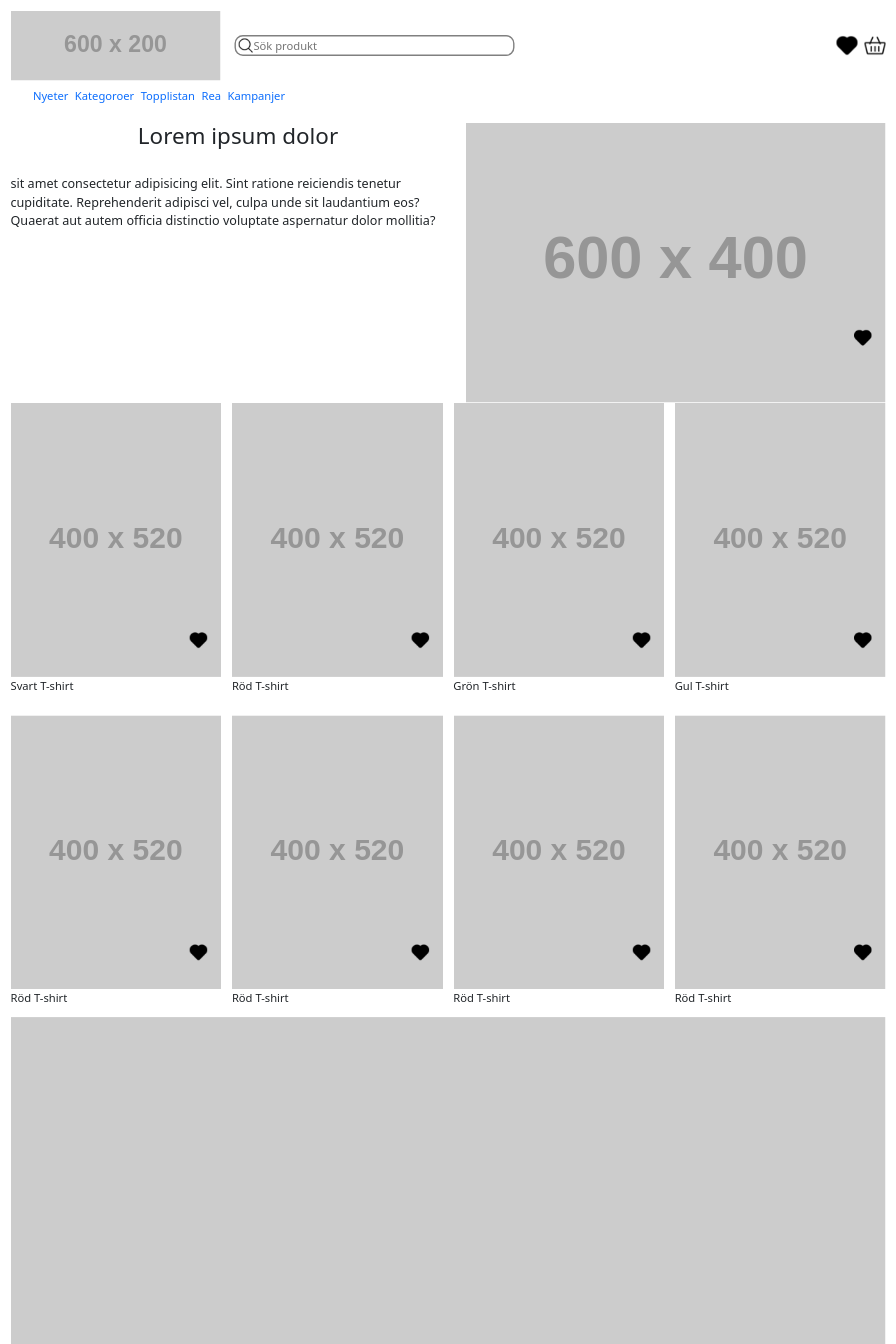
Repository: Kalle1995/project
Page: index.html
An editor plug-in stored every save of this project. The page is shown before and after the next save, followed by the edit.
The browser window is 1280 px wide. The pictures show the part of the page from y = 0 to 1920 px (the page is 3385 px tall), at 70% of full size.

Above is the page before, as saved 2024-10-06 19:38:57.

### index.html
<!DOCTYPE html>
<html lang="sv">

<head>
  <meta charset="UTF-8" />
  <meta name="viewport" content="width=device-width, initial-scale=1.0" />
  <title>Freaky Fashion</title>

  <link rel="stylesheet" href="main.css" />
  <link href="https://cdn.jsdelivr.net/npm/bootstrap@5.0.2/dist/css/bootstrap.min.css" rel="stylesheet" integrity="sha384-EVSTQN3/azprG1Anm3QDgpJLIm9Nao0Yz1ztcQTwFspd3yD65VohhpuuCOmLASjC" crossorigin="anonymous">
  <script src="https://cdn.jsdelivr.net/npm/bootstrap@5.0.2/dist/js/bootstrap.bundle.min.js" integrity="sha384-MrcW6ZMFYlzcLA8Nl+NtUVF0sA7MsXsP1UyJoMp4YLEuNSfAP+JcXn/tWtIaxVXM" crossorigin="anonymous"></script>
</head>

<body>
  <header>
    <section>
      <div class="wholeHead">
        <img src="https://placehold.co/600x200 " alt="icon" class="icon" />

        <div class="searchAndIcons">
          <input type="search" placeholder="Sök produkt" class="search">
          <div class="headIcons">
            <a href="#"><img src="bilder/full heart.png" alt="favourite"></a>
            <a href="#"><img src="bilder/cart.png" alt="cart"></a>
          </div>
        </div>
      </div>

      <!-- jag behöver fixa att man kan sriva och iconen förvinner -->
      <!-- om, jag har div för input typ så den ta hela raden -->

      <div>
        <nav class="NavList">
          <ul>
            <li class="nav-list-item"><a href="#">Nyeter</a></li>
            <li class="nav-list-item hide-on-mobile ejnav"><a href="#">Kategoroer</a></li>
            <li class="nav-list-item"><a href="#">Topplistan</a></li>
            <li class="nav-list-item"><a href="#">Rea</a></li>
            <li class="nav-list-item"><a href="#">Kampanjer</a></li>
          </ul>
        </nav>
      </div>

      <!-- <dl> och <dt> använda man i detta falet  -->

    </section>
  </header>

  <main>
    <section class="mid">
      <article>
        <fieldset class="head">
          <img class="head-image" src="https://placehold.co/600x400" alt="" class="loremPic">
          <div>
            <h2 class="head-title">Lorem ipsum dolor</h2>
            <p class="head-text">
              <br>sit amet consectetur adipisicing elit. Sint ratione reiciendis tenetur cupiditate. Reprehenderit
              adipisci
              vel, culpa unde sit laudantium eos? Quaerat aut autem officia distinctio voluptate aspernatur dolor
              mollitia?
            </p>
          </div>
        </fieldset><img class="product-icon" src="bilder/full heart.png" alt="">
      </article>
    </section>
    <section class="products">
      <!-- grid container -->
      <div class="product">
        <img class="product-icon" src="bilder/full heart.png" alt="">
        <img class="product-pic" src="https://placehold.co/400x520/png?text=Black+T-shirt" alt="Svart T-shirt" />
        <p>Svart T-shirt</p>
      </div>

      <div class="product">
        <img class="product-icon" src="bilder/full heart.png" alt="">
        <img class="product-pic" src="https://placehold.co/400x520/png?text=Red+T-shirt" alt="" />
        <p>Röd T-shirt</p>
      </div>

      <div class="product">
        <img class="product-icon" src="bilder/full heart.png" alt="">
        <img class="product-pic" src="https://placehold.co/400x520/png?text=Green+T-shirt" alt="" />
        <p>Grön T-shirt</p>
      </div>

      <div class="product">
        <img class="product-icon" src="bilder/full heart.png" alt="">
        <img class="product-pic" src="https://placehold.co/400x520/png?text=Gul+T-shirt" alt="" />
        <p>Gul T-shirt</p>

      </div>

      <div class="product">
        <img class="product-icon" src="bilder/full heart.png" alt="">
        <img class="product-pic" src="https://placehold.co/400x520/png?text=Red+T-shirt" alt="">
        <p>Röd T-shirt</p>
      </div>

      <div class="product">
        <img class="product-icon" src="bilder/full heart.png" alt="">
        <img class="product-pic" src="https://placehold.co/400x520/png?text=Red+T-shirt" alt="">
        <p>Röd T-shirt</p>
      </div>

      <div class="product">
        <img class="product-icon" src="bilder/full heart.png" alt="">
        <img class="product-pic" src="https://placehold.co/400x520/png?text=Red+T-shirt" alt="">
        <p>Röd T-shirt</p>
      </div>

      <div class="product">
        <img class="product-icon" src="bilder/full heart.png" alt="">
        <img class="product-pic" src="https://placehold.co/400x520/png?text=Red+T-shirt" alt="">
        <p>Röd T-shirt</p>
      </div>
    </section>

    <div id="carouselExampleControls" class="carousel slide" data-ride="carousel">
      <div class="carousel-inner">
        <div class="carousel-item active">
          <img class="d-block w-100" src="https://placehold.co/400x520/png?text=Red+T-shirt" alt="First slide">
        </div>
        <div class="carousel-item">
          <img class="d-block w-100" src="https://placehold.co/400x520/png?text=Red+T-shirt" alt="Second slide">
        </div>
        <div class="carousel-item">
          <img class="d-block w-100" src="https://placehold.co/400x520/png?text=Red+T-shirt" alt="Third slide">
        </div>
      </div>
      <a class="carousel-control-prev" href="#carouselExampleControls" role="button" data-slide="prev">
        <span class="carousel-control-prev-icon" aria-hidden="true"></span>
        <span class="sr-only">Previous</span>
      </a>
      <a class="carousel-control-next" href="#carouselExampleControls" role="button" data-slide="next">
        <span class="carousel-control-next-icon" aria-hidden="true"></span>
        <span class="sr-only">Next</span>
      </a>
    </div>
  </main>

  <br>

  <footer class="normal-footer">
    <div class="list-container">
        <div class="list">
            <h3>Shopping</h3>
            <li>
                <ul><a href="#">Vinterjackor</a></ul>
                <ul><a href="#">Pufferjackor</a></ul>
                <ul><a href="#">Kappa</a></ul>
                <ul><a href="#">Trenchcoats</a></ul>
            </li>
        </div>

        <div class="list">
            <h3>Mina Sidor</h3>
            <li>
                <ul><a href="#">Mina Ordrar</a></ul>
                <ul><a href="#">Mitt Konto</a></ul>
            </li>
        </div>

        <div class="list">
            <h3>Kundtjänst</h3>
            <li>
                <ul><a href="#">Returnpoulcy</a></ul>
                <ul><a href="#">Integritetspolicy</a></ul>
            </li>
        </div>
    </div>

    <div class="Company">&copy; Freaky Fashion</div>
</footer>

  <footer class="small-footer">
    <div class="accordion accordion-flush" id="accordionFlushExample">
      <div class="accordion-item">
        <h2 class="accordion-header" id="flush-headingOne">
          <button class="accordion-button collapsed" type="button" data-bs-toggle="collapse" data-bs-target="#flush-collapseOne" aria-expanded="false" aria-controls="flush-collapseOne">
            Accordion Item #1
          </button>
        </h2>
        <div id="flush-collapseOne" class="accordion-collapse collapse" aria-labelledby="flush-headingOne" data-bs-parent="#accordionFlushExample">
          <div class="accordion-body">Placeholder content for this accordion, which is intended to demonstrate the <code>.accordion-flush</code> class. This is the first item's accordion body.</div>
        </div>
      </div>
      <div class="accordion-item">
        <h2 class="accordion-header" id="flush-headingTwo">
          <button class="accordion-button collapsed" type="button" data-bs-toggle="collapse" data-bs-target="#flush-collapseTwo" aria-expanded="false" aria-controls="flush-collapseTwo">
            Accordion Item #2
          </button>
        </h2>
        <div id="flush-collapseTwo" class="accordion-collapse collapse" aria-labelledby="flush-headingTwo" data-bs-parent="#accordionFlushExample">
          <div class="accordion-body">Placeholder content for this accordion, which is intended to demonstrate the <code>.accordion-flush</code> class. This is the second item's accordion body. Let's imagine this being filled with some actual content.</div>
        </div>
      </div>
      <div class="accordion-item">
        <h2 class="accordion-header" id="flush-headingThree">
          <button class="accordion-button collapsed" type="button" data-bs-toggle="collapse" data-bs-target="#flush-collapseThree" aria-expanded="false" aria-controls="flush-collapseThree">
            Accordion Item #3
          </button>
        </h2>
        <div id="flush-collapseThree" class="accordion-collapse collapse" aria-labelledby="flush-headingThree" data-bs-parent="#accordionFlushExample">
          <div class="accordion-body">Placeholder content for this accordion, which is intended to demonstrate the <code>.accordion-flush</code> class. This is the third item's accordion body. Nothing more exciting happening here in terms of content, but just filling up the space to make it look, at least at first glance, a bit more representative of how this would look in a real-world application.</div>
        </div>
      </div>
    </div>
  </footer>
</body>

</html>

### main.css
body {
    padding: 15px;
    font-size: 2em;
    display: grid;

}


.head-title {
    text-align: center;
}

.products {
    display: grid;
    gap: 15px;
}

ul {
    list-style-type: none;
    margin: 0;
    padding: 0;

}

.search {
    border: 2px solid gray;
    border-radius: 12px;
    padding: 5px;
    display: inline;
    background-image: url(bilder/search.png);
    background-repeat: no-repeat;
    background-position: 4px;
    padding-left: 25px;

}

.NavList {
    padding-bottom: 10px;
    padding-top: 10px;

}

.hide-on-mobile {
    display: none;
}

.nav-list-item {
    a {
        text-decoration: none;
    }
}

.product {
    position: relative;
}

.product-icon {
    right: 20px;
    bottom: 80px;
    position: absolute;
}

.product-pic {
    width: 100%;
    height: auto;
}

.head {
    display: flex;
    flex-direction: column;
}

.head-image {
    width: 100%;
}

.wholeHead {
    display: flex;
    flex-direction: row;
}

.searchAndIcons {
    width: 100%;
    display: flex;
    flex-direction: row;
    margin: auto 0 auto 20px;
}

.search {
    height: 30px;
    width: 100%;
    max-width: 400px;
    margin-right: 10px;
}

.headIcons {
    display: flex;
    gap: 10px;
    margin-right: 0;
    margin-left: auto;

    img {
        height: 30px;
    }
}

.icon {
    width: 300px;
}

.small-footer {
    display: none;
}


@media (max-width: 640px) {
    .mid {
        position: relative;
        display: block;
        font-size: medium;
    }

    li {
        margin-bottom: 3px;
    }

    .icon {
        width: 100%;
    }

    .wholeHead {
        flex-direction: column;
    }

    .search {
        height: 35px;
        width: 100%;
        max-width: 400px;
    }

    .headIcons {
        img {
            height: 35px;
        }
    }

    .searchAndIcons {
        margin-top: 10px;
        margin-left: 0;
    }

    .small-footer {
        display: block;
    }

    .normal-footer {
        display: none;
    }
}

@media (min-width: 640px) {
    .products {
        grid-template-columns: repeat(2, 1fr);
    }

    .mid {
        position: relative;
        display: block;
        font-size: large;
    }

    li {
        display: inline;
        margin-right: 5px;
    }
}

body {
    font-size: 1.5em;
}

@media (min-width: 1024px) {
    .products {
        grid-template-columns: repeat(4, 1fr);
    }

    body {
        font-size: 1em;
    }

    .listan {
        display: flex;
    }

    li {
        display: inline;
        margin-right: 5px;
    }

    .hide-on-mobile {
        display: inline-block;
    }

    .head {
        flex-direction: row-reverse;
    }
}





/*
    @media (max-width:1024px) {
        .ejnav {
            display: none;
        }

      }
*/



/*
      @media print {
        body {
            font-size: 4em;
        }
        img {
            display: none;
        }
      }
*/



/*
här för Nyproduckt sidan
*/


header>h3 {
    position: absolute;
    left: 10px;
    bottom: auto;
}

.vänster {
    display: grid;
    grid-template-rows: 100%;
    background-color: gray;
}


.liggTill {
    hero-text button: hover
}


/*
kassa sidan
*/

.kassa {
    text-align: center;

}






.buy>button {
    display: grid;
    align-items: center;
    width: 80px;
    height: 30px;
    background-color: rgb(255, 255, 255);
    margin-left: 50%;
    font-weight: bold;
    border-radius: 10px;

}



.custom.btn-success {
    color: red;
}

.no-space {
    margin: 0;
    padding: 0;
    border: none;
    border-top: 1px solid black;
    /* Valfri färg eller stil på linjen */
}


.normal-footer {
    padding: 15px;
    background-color: rgb(207, 206, 206)
}

.list-container {
    display: inline-flex;
    justify-content: space-between;
    /* Ser till att listorna sprids ut jämnt */
    gap: 150px;
    /* Mellanrum mellan listorna */
}

.list {
    flex: 1;
    /* Gör att listorna tar upp lika mycket plats */
    padding-left: 15px;
}

.list h3 {
    margin-bottom: 20px;
}

.list li {
    list-style-type: none;
    /* ingen punkter i listan */
    padding: 0;
}

.list li ul {
    margin-bottom: 10px;
}




/*
Administration
*/

.AD {
    width: 115%;
    padding-left: 15px;
    margin-left: -25px;
    margin-top: -25px;
    float: left;
    font-style: normal;
    background-color: rgb(0, 0, 0);
    position: relative;
    display: flex;
    color: white;
}

.PR {
    background-color: rgb(209, 209, 208);
    height: auto;
    margin-left: -25px;
    padding-left: 20px;
    margin-right: auto;
    padding-right: 70px;
    padding-top: 15px;
    font-weight: bold;
    position: relative;
}

.AR {
    position: relative;
    ;
    left: 200px;
    top: -40px;

}













/*

.Company{
    text-align: center;
    bottom: auto;
}

After the next save:
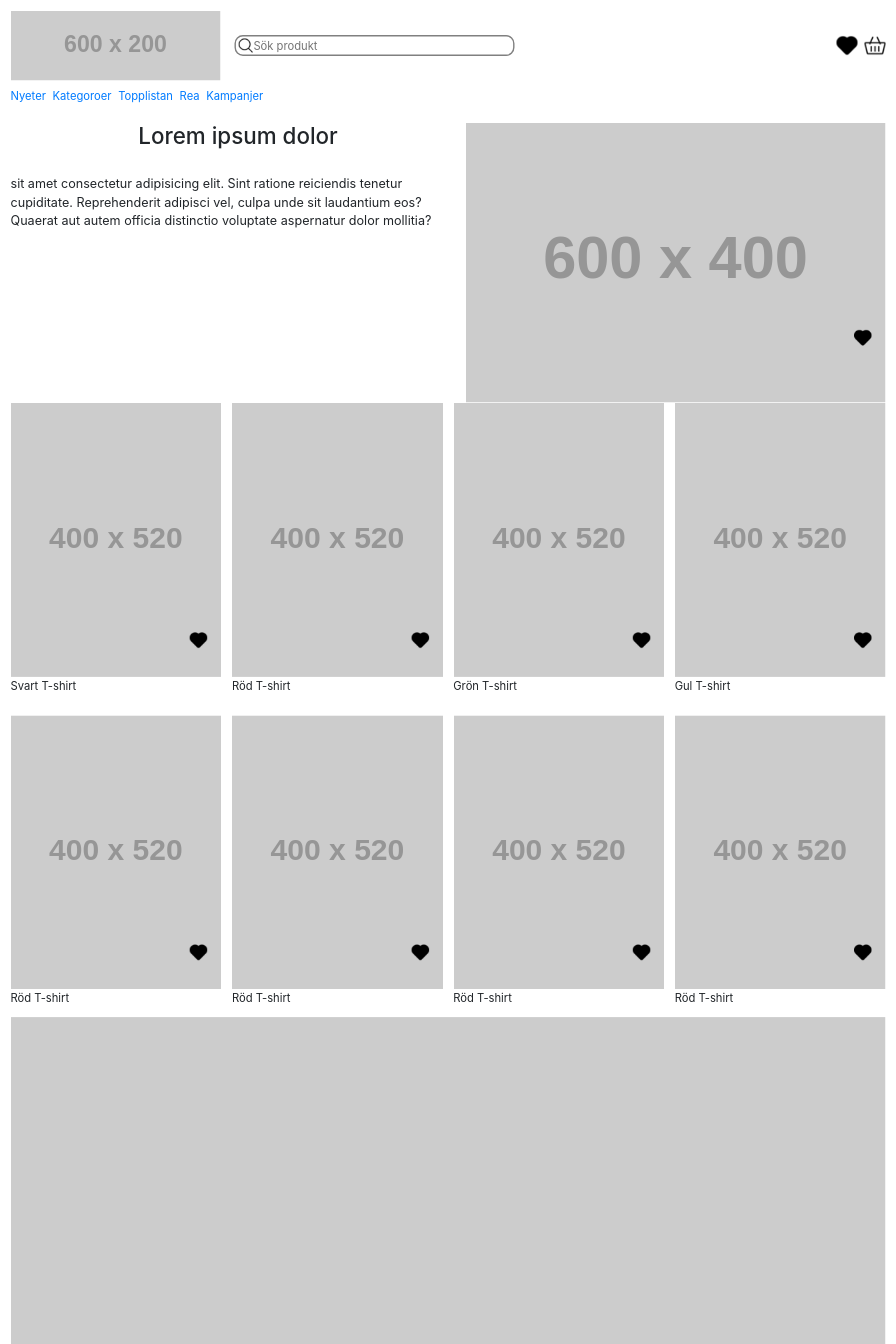
Console error: TypeError: Cannot read properties of undefined (reading 'fn')
Saved 93 s later.
--- a/index.html
+++ b/index.html
@@ -7,8 +7,9 @@
   <title>Freaky Fashion</title>
 
   <link rel="stylesheet" href="main.css" />
-  <link href="https://cdn.jsdelivr.net/npm/bootstrap@5.0.2/dist/css/bootstrap.min.css" rel="stylesheet" integrity="sha384-EVSTQN3/azprG1Anm3QDgpJLIm9Nao0Yz1ztcQTwFspd3yD65VohhpuuCOmLASjC" crossorigin="anonymous">
-  <script src="https://cdn.jsdelivr.net/npm/bootstrap@5.0.2/dist/js/bootstrap.bundle.min.js" integrity="sha384-MrcW6ZMFYlzcLA8Nl+NtUVF0sA7MsXsP1UyJoMp4YLEuNSfAP+JcXn/tWtIaxVXM" crossorigin="anonymous"></script>
+
+  <link rel="stylesheet" href="https://cdn.jsdelivr.net/npm/bootstrap@4.0.0/dist/css/bootstrap.min.css" integrity="sha384-Gn5384xqQ1aoWXA+058RXPxPg6fy4IWvTNh0E263XmFcJlSAwiGgFAW/dAiS6JXm" crossorigin="anonymous">
+<script src="https://cdn.jsdelivr.net/npm/bootstrap@4.0.0/dist/js/bootstrap.min.js" integrity="sha384-JZR6Spejh4U02d8jOt6vLEHfe/JQGiRRSQQxSfFWpi1MquVdAyjUar5+76PVCmYl" crossorigin="anonymous"></script>
 </head>
 
 <body>
